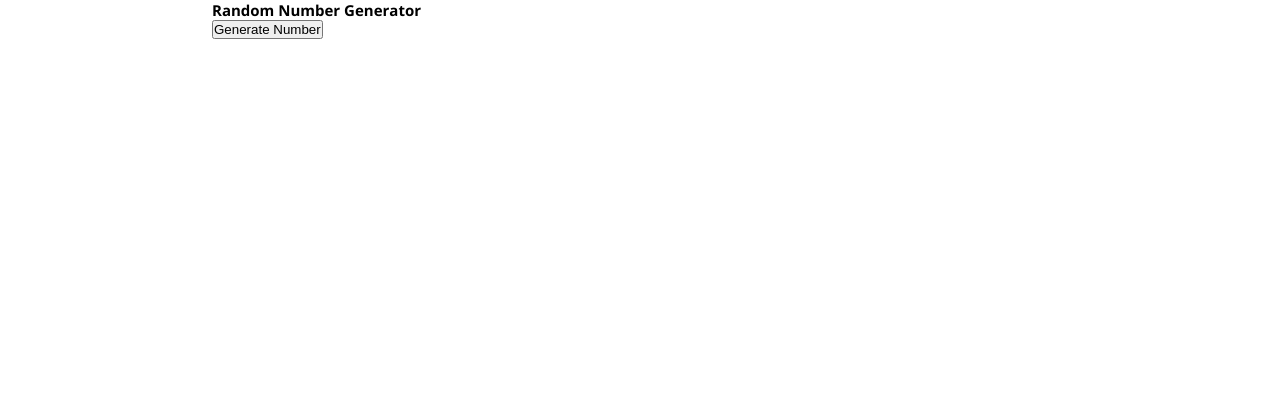
Repository: fakebrianho/100daysJS
Page: day002/index.html
An editor plug-in stored every save of this project. The page is shown before and after the next save, followed by the edit.
The browser window is 1280 px wide. The pictures show the whole page.
Some web libraries are served in a nearby version.

Above is the page before, as saved 2023-03-21 19:25:09.

After the next save:
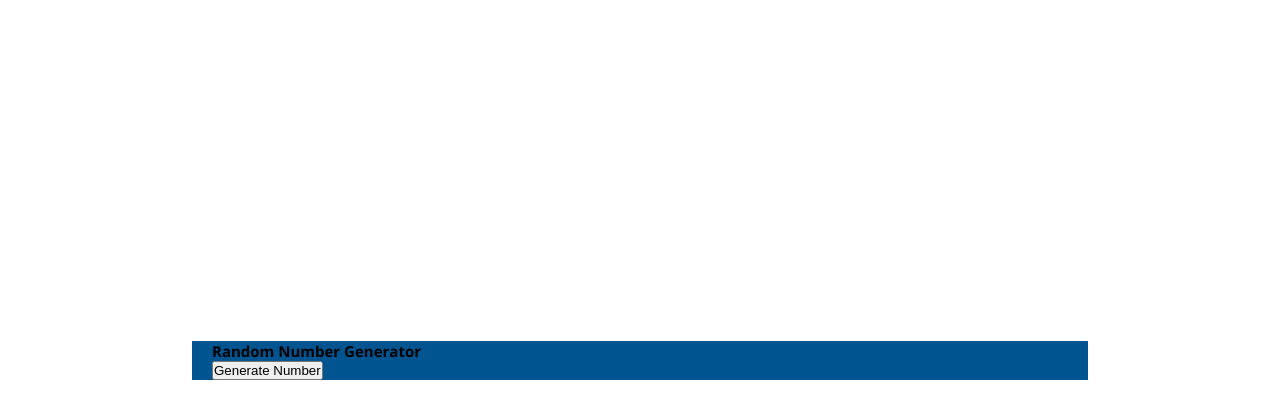
Saved 17 s later.
--- a/day002/styles.css
+++ b/day002/styles.css
@@ -38,6 +38,8 @@ main {
 	width: 100vw;
 	height: 100vh;
 	display: flex;
+	justify-content: center;
+	align-items: center;
 }
 
 .container {
@@ -45,4 +47,5 @@ main {
 	max-width: 900px;
 	margin: 0 auto;
 	padding: 0 20px;
+	background-color: var(--light-blue);
 }
